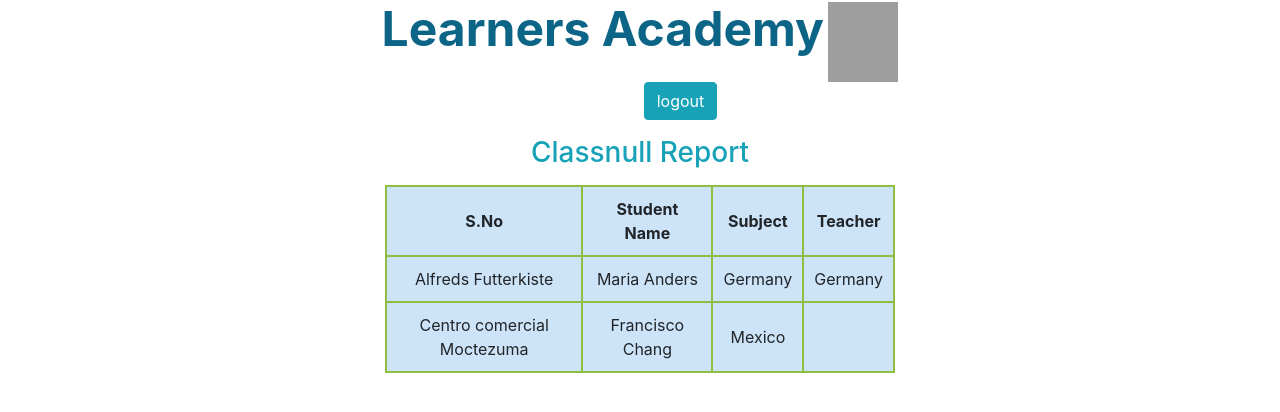
Repository: sindurup/Phase2Project
Page: http://localhost/LearnersAcademyPro/classReport.jsp
These files come from the project's save history. The page is drawn as it stood at one moment and after the next save; the edit follows.
The browser window is 1280 px wide. The pictures show the whole page.
Pictures or frames that could not be fetched are drawn as grey boxes. Some web libraries are served in a nearby version. The page is served by Tomcat 9. Other server files are loaded and not shown.

Above is the page before, as saved 2021-09-29 04:30:45.
Console error: TypeError: Cannot read properties of undefined (reading 'fn')

### LearnersAcademyPro/src/main/webapp/classReport.jsp
<%@ page language="java" contentType="text/html; charset=ISO-8859-1"
    pageEncoding="ISO-8859-1"%>
<!DOCTYPE html>


<html>
<link href="//maxcdn.bootstrapcdn.com/bootstrap/4.1.1/css/bootstrap.min.css" rel="stylesheet" id="bootstrap-css">
<script src="//maxcdn.bootstrapcdn.com/bootstrap/4.1.1/js/bootstrap.min.js"></script>
<script src="//cdnjs.cloudflare.com/ajax/libs/jquery/3.2.1/jquery.min.js"></script>

<head>
<meta charset="ISO-8859-1">
<title>Learners Academy</title>
<style>
      table {
       border: 2px solid #8ebf42;
        background-color: #cde3f7;
      }
      td,
      th {
        padding: 10px;
        border: 2px solid #8ebf42;
        text-align: center;
        background-color: #cde3f7;
      }
    </style>
</head>
<body>

<div align="center"><label ><h1 class="text-center text-info"><font color="0C6486" size="50px"><b>Learners Academy</b></font></h1></label>
 <img src="D:\Phase2Project\LearnersAcademyPro\1.png" style="width:70px;height:80px;" align="middle"></div>
   <div class="form-group" align="center" >
   <form id="logout" class="form" action="logout" method="post">

    &nbsp;&nbsp;&nbsp;&nbsp;&nbsp;&nbsp;&nbsp;&nbsp;&nbsp;&nbsp;&nbsp;&nbsp;&nbsp;&nbsp;&nbsp;&nbsp;&nbsp; <input type="submit" name="submit" class="btn btn-info btn-md" value="logout">
    </form>
                            </div>
    <div id="login">
      <h3 class="text-center text-info">Class<%=request.getParameter("cls") %> Report</h3>

        <div class="container">

            <div id="login-row" class="row justify-content-center align-items-center">
                <div id="login-column" class="col-md-6">
                    <div id="login-box" class="col-md-12">



                     <form id="clsReport" class="form" action=""  name="clsReport" >
                            <h3 class="text-info"></h3>
                            <div class="form-group">


                             <table>
  <tr >
    <th>S.No</th>
    <th>Student Name</th>
    <th>Subject</th>
    <th>Teacher</th>
  </tr>
  <tr>
    <td>Alfreds Futterkiste</td>
    <td>Maria Anders</td>
    <td>Germany</td>
     <td>Germany</td>
  </tr>
  <tr>
    <td>Centro comercial Moctezuma</td>
    <td>Francisco Chang</td>
    <td>Mexico</td>
  </tr>
</table>

                            </div>

                            <div class="form-group">


                            </div>

                        </form>



                    </div>
                </div>
            </div>
        </div>
    </div>
</body>
</html>

After the next save:
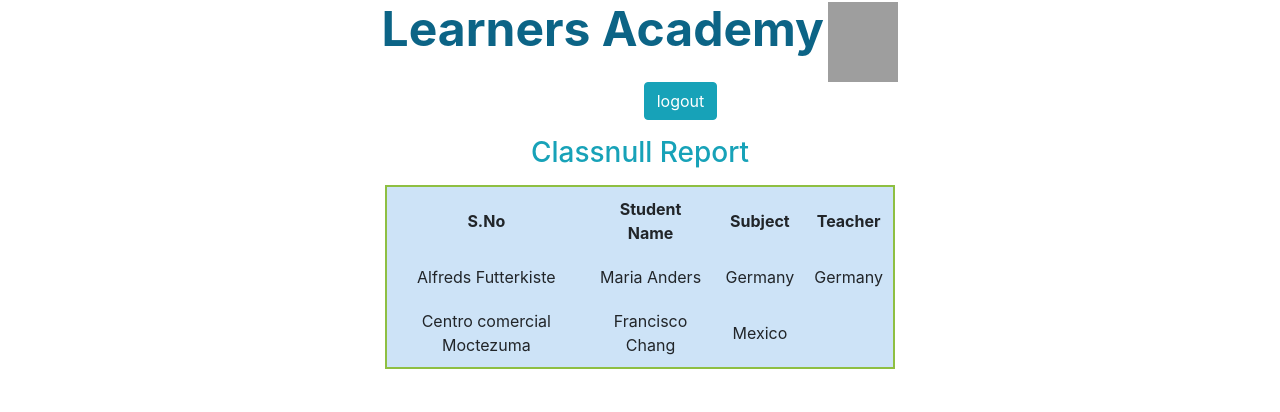
Saved 15 s later.
--- a/LearnersAcademyPro/src/main/webapp/classReport.jsp
+++ b/LearnersAcademyPro/src/main/webapp/classReport.jsp
@@ -19,7 +19,7 @@
       td,
       th {
         padding: 10px;
-        border: 2px solid #8ebf42;
+
         text-align: center;
         background-color: #cde3f7;
       }

After the save that followed:
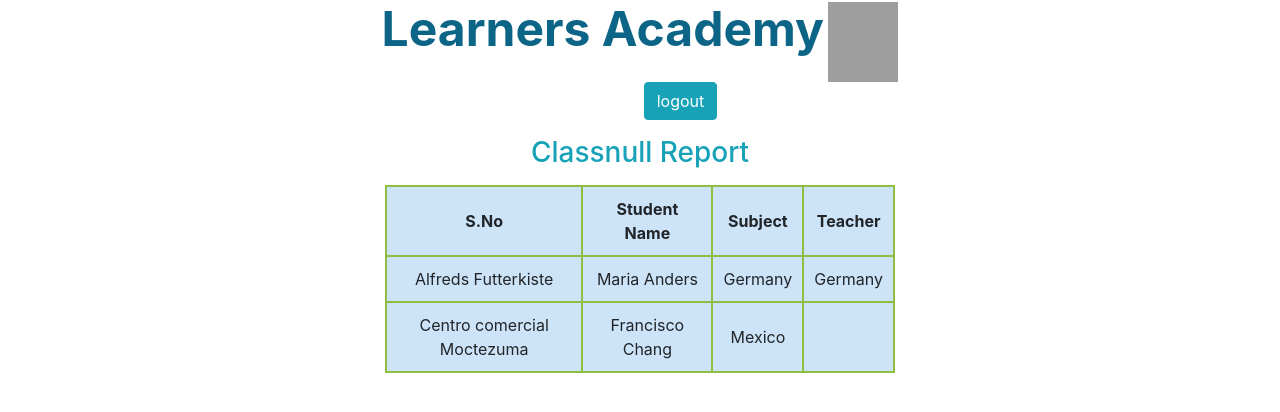
Saved 25 s later.
--- a/LearnersAcademyPro/src/main/webapp/classReport.jsp
+++ b/LearnersAcademyPro/src/main/webapp/classReport.jsp
@@ -19,7 +19,7 @@
       td,
       th {
         padding: 10px;
-
+        border: 2px solid #8ebf42;
         text-align: center;
         background-color: #cde3f7;
       }
